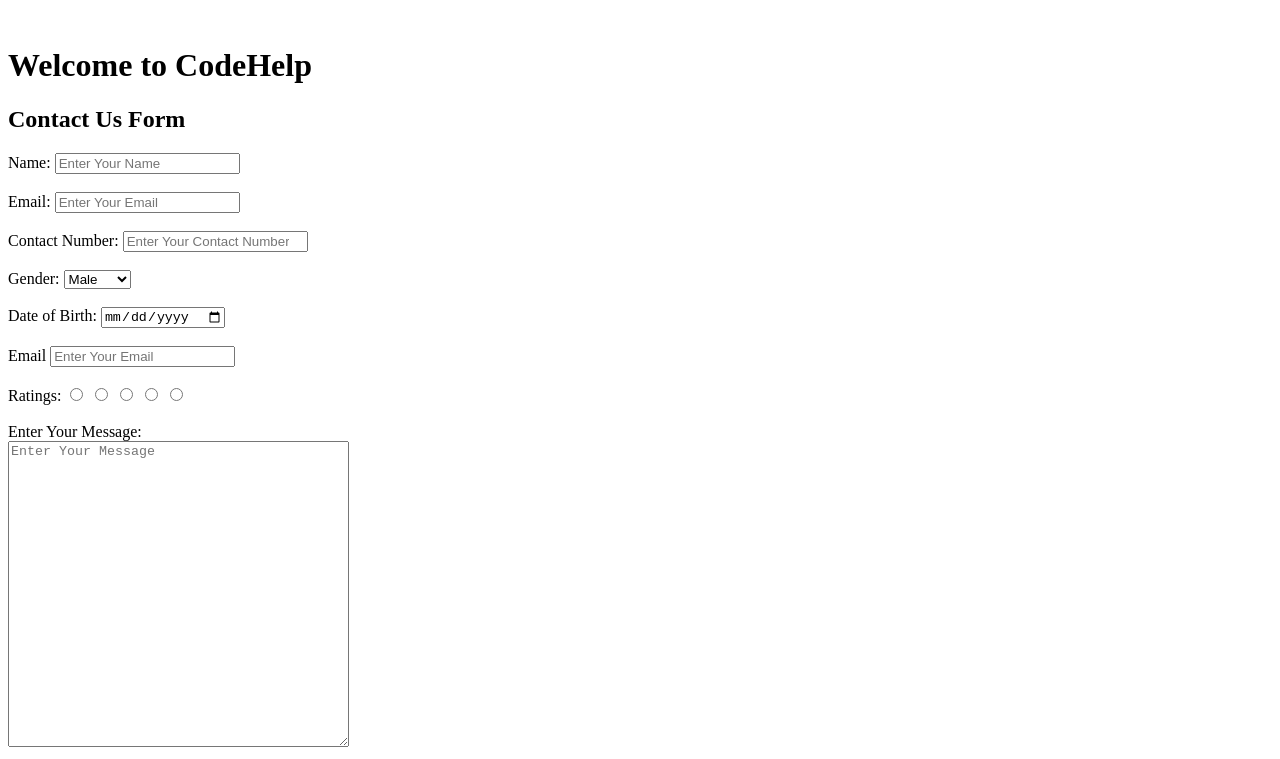
Repository: shoaib-1729/Web-Dev-Course_Dot-Batch_Love-Babbar
Page: 02_HTML Session Basics-to-Pro Level/03_HTML-Basics-Session-III/03_Code-Practice-Session-3/formsPractice.html
These files come from the project's save history. The page is drawn as it stood at one moment and after the next save; the edit follows.
The browser window is 1280 px wide. The pictures show the whole page.

Above is the page before, as saved 2023-07-29 16:29:29.

### 02_HTML Session Basics-to-Pro Level/03_HTML-Basics-Session-III/03_Code-Practice-Session-3/formsPractice.html
<!DOCTYPE html>
<br lang="en">

<head>
    <meta charset="UTF-8">
    <meta name="viewport" content="width=device-width, initial-scale=1.0">
    <title>Forms</title>
</head>

<body>
    <h1>Welcome to CodeHelp</h1>

    <h2>Contact Us Form</h2>

    <label for="name">Name:</label>
    <input type="text" id="name" placeholder="Enter Your Name">
    </br>
    </br>

    <label for="Email">Email:</label>
    <input type="email" id="Email" placeholder="Enter Your Email">
    </br>
    </br>


    <label for="number">Contact Number:</label>
    <input type="number" id="number" placeholder="Enter Your Contact Number">
    </br>
    </br>


    <label for="gender">Gender: </label>
    <select name="gender" id="gender-select">
    <option value="male">Male</option>
    <option value="female">Female</option>
    <option value="others">Others</option>
    </select>
    </br>
    </br>


    <label for="DOB">Date of Birth:</label>
    <input type="date" id="DOB">
    </br>
    </br>


    <label for="Email">Email</label>
    <input type="email" id="Email" placeholder="Enter Your Email">
    </br>
    </br>


    <label for="ratings">Ratings:</label>
    <input type="radio" id="ratings" name="Ratings" value="1">
    <input type="radio" id="ratings" name="Ratings" value="2">
    <input type="radio" id="ratings" name="Ratings" value="3">
    <input type="radio" id="ratings" name="Ratings" value="4">
    <input type="radio" id="ratings" name="Ratings" value="5">
    </br>
    </br>

    <label for="">Enter Your Message:</label>
    <br>
    <textarea name="" id="" cols="40" rows="20" placeholder="Enter Your Message"></textarea>


</body>

</html>

After the next save:
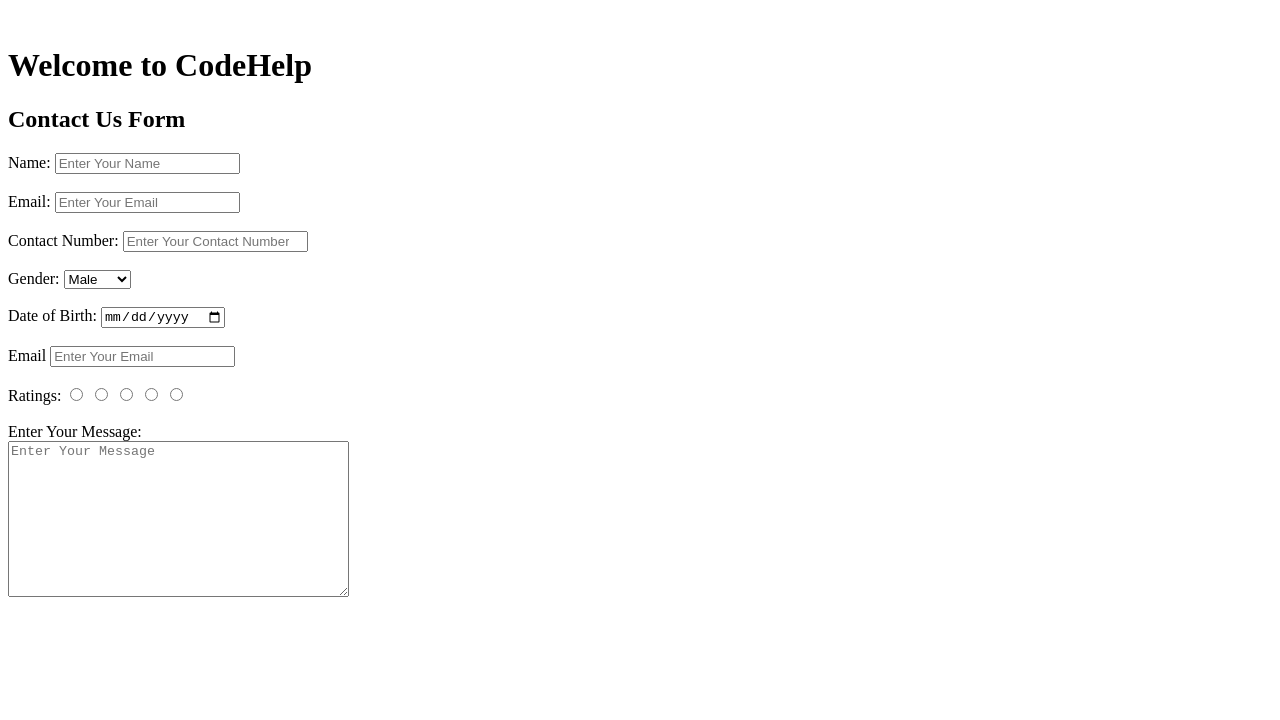
Saved 5 s later.
--- a/02_HTML Session Basics-to-Pro Level/03_HTML-Basics-Session-III/03_Code-Practice-Session-3/formsPractice.html
+++ b/02_HTML Session Basics-to-Pro Level/03_HTML-Basics-Session-III/03_Code-Practice-Session-3/formsPractice.html
@@ -62,7 +62,7 @@
 
     <label for="">Enter Your Message:</label>
     <br>
-    <textarea name="" id="" cols="40" rows="20" placeholder="Enter Your Message"></textarea>
+    <textarea name="" id="" cols="40" rows="10" placeholder="Enter Your Message"></textarea>
 
 
 </body>
